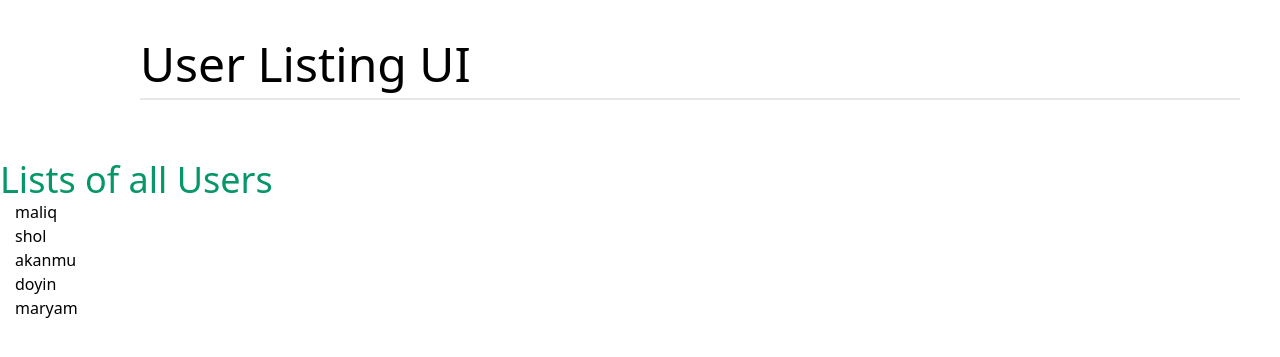
Repository: Marlstergo/listings
Page: / (app in client/)
These files come from the project's save history. The page is drawn as it stood at one moment and after the next save; the edit follows.
The browser window is 1280 px wide. The pictures show the whole page.
The project was rebuilt for these pictures with package versions that can differ from the ones it lists, and the page was loaded fresh each time. Also part of the build but not shown: client/craco.config.js, client/src/components/Loader.js, client/src/components/Order.js, client/src/components/Modal.js. Imported but missing from the stored project, and not drawn on this page: client/src/components/Base, client/src/components/Toppings.

Above is the page before, as saved 2021-07-20 23:35:49.

After the next save:
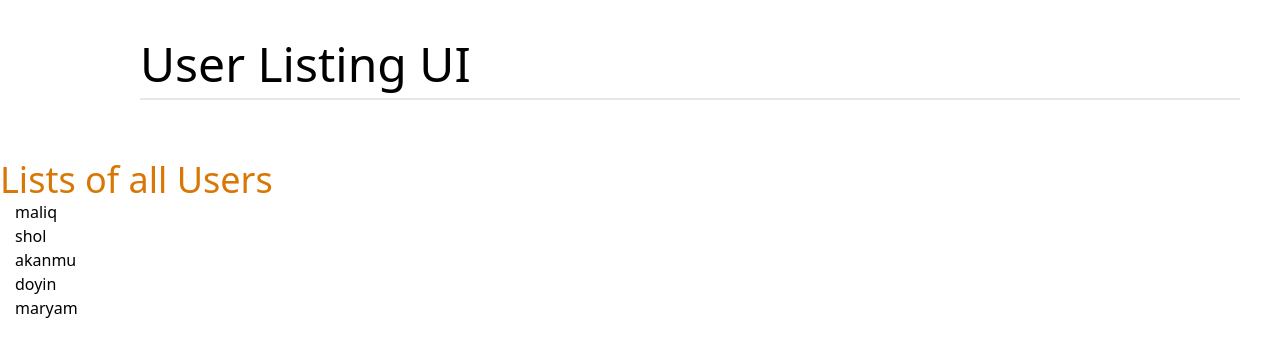
Saved 10 s later.
--- a/client/src/components/Home.js
+++ b/client/src/components/Home.js
@@ -39,7 +39,7 @@ const Home = () => {
     //   exit="exit"
     // >
       <div className="w-2/3 ">
-        <h1 className="text-green-600 text-4xl">Lists of all Users</h1>
+        <h1 className="text-yellow-600 text-4xl">Lists of all Users</h1>
         <ul className="pl-[15px]">
           {users.map(
             (user , idx) => (
